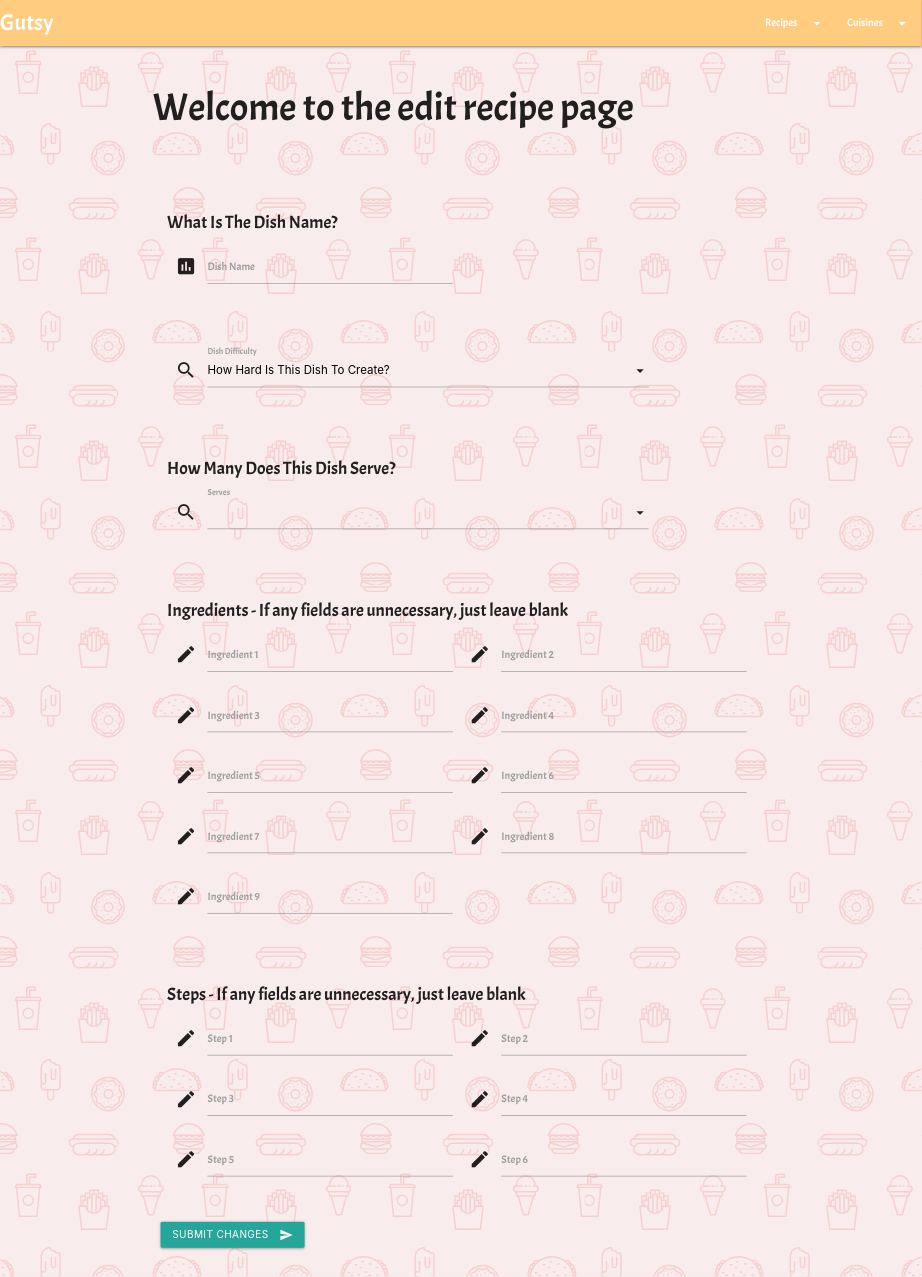
Repository: connor-blackburn/gutsy
Page: templates/edit_recipe.html
The author's editor kept a record of every edit. The page is drawn from the files as they stood at one moment, then again after the next edit.
The browser window is 1280 px wide. The pictures show the whole page, at 72% of full size.
The page is served by the project's application, run on Flask 3 (app.py). The template is opened directly, without the code that normally fills it, so the values that code supplies are empty.

Above is the page before.

### templates/edit_recipe.html
{% extends 'base.html' %} {% block content %}

<div class="container">
    <div class="row">
        <h2>Welcome to the edit recipe page</h2>
    </div>

    <div class="row">
        <form action="{{ url_for('update_recipe', recipe_id=recipe._id) }}" method="POST" class="col s12 container">

            <!-- Text Box With Dynamically Loaded Content To Be Edited -->
            <div class="row">
                <h5>What Is The Dish Name?</h5>
                <div class="input-field col s6">
                    <i class="material-icons prefix">poll</i>
                    <input id="recipes" name="dish_name" type="text" class="validate" value="{{recipe.dish_name}}">
                    <label for="dish_name">Dish Name</label>
                </div>
            </div>

            <!--  -->
            <div class="row">
                <div class="input-field col s10">
                    <i class="material-icons prefix">search</i>
                    <select id="recipes" name="dish_difficulty">
                <option value="" disabled selected>How Hard Is This Dish To Create?</option>
                    <option>Easy</option>
                    <option>Medium</option>
                    <option>Hard</option>
            </select>
                    <label>Dish Difficulty</label>
                </div>
            </div>

            <!-- A Dropdown Menu Giving A User The Current Selection And All Options To Choose From Regarding How Many People This Dish Serves-->
            <div class="row">
                <h5>How Many Does This Dish Serve?</h5>
                <div class="input-field col s10">
                    <i class="material-icons prefix">search</i>
                    <select id="recipes" name="serves">
                <option value="{{recipe.serves}}" disabled selected>{{recipe.serves}}</option>
                    <option>1</option>
                    <option>2</option>
                    <option>3</option>
                    <option>4</option>
                    <option>5</option>
                    <option>6</option>
                    <option>7</option>
                    <option>8</option>
                    <option>9</option>
                    <option>10</option>

            </select>
                    <label>Serves</label>
                </div>
            </div>

            <!-- A series Of Input Fields Of Ingredients With Dynamically Loaded Content To Be Edited -->
            <div class="row">
                <h5>Ingredients - If any fields are unnecessary, just leave blank</h5>
                <div class="input-field col s6">
                    <i class="material-icons prefix">create</i>
                    <input id="icon_prefix" id="recipes" name="ingredient_1" type="text" value="{{recipe.ingredient_1}}" class="validate">
                    <label for="icon_prefix">Ingredient 1</label>
                </div>
                <div class="input-field col s6">
                    <i class="material-icons prefix">create</i>
                    <input id="icon_prefix" id="recipes" name="ingredient_2" type="text" value="{{recipe.ingredient_2}}" class="validate">
                    <label for="icon_prefix">Ingredient 2</label>
                </div>

                <div class="input-field col s6">
                    <i class="material-icons prefix">create</i>
                    <input id="icon_prefix" id="recipes" name="ingredient_3" type="text" value="{{recipe.ingredient_3}}" class="validate">
                    <label for="icon_prefix">Ingredient 3</label>
                </div>

                <div class="input-field col s6">
                    <i class="material-icons prefix">create</i>
                    <input id="icon_prefix" id="recipes" name="ingredient_4" type="text" value="{{recipe.ingredient_4}}" class="validate">
                    <label for="icon_prefix">Ingredient 4</label>
                </div>

                <div class="input-field col s6">
                    <i class="material-icons prefix">create</i>
                    <input id="icon_prefix" id="recipes" name="ingredient_5" type="text" value="{{recipe.ingredient_5}}" class="validate">
                    <label for="icon_prefix">Ingredient 5</label>
                </div>

                <div class="input-field col s6">
                    <i class="material-icons prefix">create</i>
                    <input id="icon_prefix" id="recipes" name="ingredient_6" type="text" value="{{recipe.ingredient_6}}" class="validate">
                    <label for="icon_prefix">Ingredient 6</label>
                </div>

                <div class="input-field col s6">
                    <i class="material-icons prefix">create</i>
                    <input id="icon_prefix" id="recipes" name="ingredient_7" type="text" value="{{recipe.ingredient_7}}" class="validate">
                    <label for="icon_prefix">Ingredient 7</label>
                </div>

                <div class="input-field col s6">
                    <i class="material-icons prefix">create</i>
                    <input id="icon_prefix" id="recipes" name="ingredient_8" type="text" value="{{recipe.ingredient_8}}" class="validate">
                    <label for="icon_prefix">Ingredient 8</label>
                </div>

                <div class="input-field col s6">
                    <i class="material-icons prefix">create</i>
                    <input id="icon_prefix" id="recipes" name="ingredient_9" type="text" value="{{recipe.ingredient_9}}" class="validate">
                    <label for="icon_prefix">Ingredient 9</label>
                </div>
            </div>

            <!-- A series Of Input Fields Of Steps With Dynamically Loaded Content To Be Edited -->
            <div class="row">
                <h5>Steps - If any fields are unnecessary, just leave blank </h5>
                <div class="input-field col s6">
                    <i class="material-icons prefix">create</i>
                    <input id="icon_prefix" id="recipes" name="step_1" value="{{recipe.step_1}}" type="text" class="validate">
                    <label for="icon_prefix">Step 1</label>
                </div>
                <div class="input-field col s6">
                    <i class="material-icons prefix">create</i>
                    <input id="icon_prefix" id="recipes" name="step_2" type="text" value="{{recipe.step_2}}" class="validate">
                    <label for="icon_prefix">Step 2</label>
                </div>
                <div class="input-field col s6">
                    <i class="material-icons prefix">create</i>
                    <input id="icon_prefix" id="recipes" name="step_3" type="text" value="{{recipe.step_3}}" class="validate">
                    <label for="icon_prefix">Step 3</label>
                </div>
                <div class="input-field col s6">
                    <i class="material-icons prefix">create</i>
                    <input id="icon_prefix" id="recipes" name="step_4" type="text" value="{{recipe.step_4}}" class="validate">
                    <label for="icon_prefix">Step 4</label>
                </div>
                <div class="input-field col s6">
                    <i class="material-icons prefix">create</i>
                    <input id="icon_prefix" id="recipes" name="step_5" type="text" value="{{recipe.step_5}}" class="validate">
                    <label for="icon_prefix">Step 5</label>
                </div>
                <div class="input-field col s6">
                    <i class="material-icons prefix">create</i>
                    <input id="icon_prefix" id="recipes" name="step_6" type="text" value="{{recipe.step_6}}" class="validate">
                    <label for="icon_prefix">Step 6</label>
                </div>
            </div>


            <button class="btn waves-effect waves-light" type="submit" name="action">Submit Changes
                <i class="material-icons right">send</i>
            </button>

        </form>
    </div>
</div>

{% endblock %}

### templates/base.html
<!DOCTYPE html>
<html>

<head>
    <meta charset="UTF-8">
    <meta name="viewport" content="width=device-width, initial-scale=1.0">
    <meta http-equiv="X-UA-Compatible" content="ie=edge">
    <link href="https://fonts.googleapis.com/icon?family=Material+Icons" rel="stylesheet">
    <link rel="stylesheet" href="https://cdnjs.cloudflare.com/ajax/libs/materialize/1.0.0/css/materialize.min.css">
    <link href="https://fonts.googleapis.com/css?family=Acme&display=swap" rel="stylesheet">
    <link rel="stylesheet" href="{{ url_for('static', filename='css/style.css') }}" type="text/css" />
</head>

<body>
    <header>
        <ul id="dropdown1" class="dropdown-content">
            <li><a href="{{url_for('get_recipes_step_one')}}">Edit Recipes</a></li>
            <li class="divider"></li>
            <li><a href="#!">Create Recipes</a></li>
        </ul>
        <ul id="dropdown2" class="dropdown-content">
            <li><a href="{{url_for('edit_cuisine_homepage')}}">Edit Cuisines</a></li>
            <li class="divider"></li>
            <li><a href="{{url_for('create_cuisine')}}">Create Cuisines</a></li>
        </ul>
        <ul id="dropdown3" class="dropdown-content">
            <li><a href="{{url_for('get_recipes_step_one')}}">Edit Recipes</a></li>
            <li class="divider"></li>
            <li><a href="#!">Create Recipes</a></li>
        </ul>
        <ul id="dropdown4" class="dropdown-content">
            <li><a href="{{url_for('edit_cuisine_homepage')}}">Edit Cuisines</a></li>
            <li class="divider"></li>
            <li><a href="{{url_for('create_cuisine')}}">Create Cuisines</a></li>
        </ul>
        <nav>
            <div class="nav-wrapper orange lighten-3">
                <a href="{{ url_for('home') }}" class="brand-logo">Gutsy</a>
                <a href="#" data-target="mobile-demo" class="sidenav-trigger"><i class="material-icons">menu</i></a>
                <ul class="right hide-on-med-and-down">
                    <li><a class="dropdown-trigger" href="#!" data-target="dropdown1">Recipes<i class="material-icons right">arrow_drop_down</i></a></li>
                    <li><a class="dropdown-trigger" href="#!" data-target="dropdown2">Cuisines<i class="material-icons right">arrow_drop_down</i></a></li>
                </ul>
            </div>
        </nav>

        <ul class="sidenav" id="mobile-demo">
            <li><a class="dropdown-trigger" href="#!" data-target="dropdown3">Recipes<i class="material-icons right">arrow_drop_down</i></a></li>
            <li><a class="dropdown-trigger" href="#!" data-target="dropdown4">Cuisines<i class="material-icons right">arrow_drop_down</i></a></li>
        </ul>
    </header>
    {% block content %} {% endblock %}

    <script type="text/javascript" src="https://cdnjs.cloudflare.com/ajax/libs/jquery/3.4.1/jquery.min.js"></script>
    <script src="https://cdnjs.cloudflare.com/ajax/libs/materialize/1.0.0/js/materialize.min.js"></script>
    <script type="text/javascript">
        $(document).ready(function() {
            $('.dropdown-trigger').dropdown();
            $('.collapsible').collapsible();
            $('.sidenav').sidenav();
            $('select').formSelect();
           // $('body').css('display', 'none');
            //$('body').fadeIn(1800);
        });
    </script>


</body>

</html>

### app.py
import os
from flask import Flask, render_template, redirect, request, url_for
from flask_pymongo import PyMongo
from bson.objectid import ObjectId

app = Flask(__name__)

app.config["MONGO_DBNAME"] = 'cookbook'
app.config["MONGO_URI"] = os.environ.get('MONGO_URI')

mongo = PyMongo(app)

# Home Page - Index
@app.route('/')
@app.route('/home')
def home():
    return render_template('index.html',
    cuisines=mongo.db.cuisines.find())

# Create Cuisine Page - Short Form
@app.route('/create_cuisine')
def create_cuisine():
    return render_template('create_cuisine.html',
    cuisines=mongo.db.cuisines.find())

# Inserts New Cuisine To Site & Redirects Back To Cuisine Homepage
@app.route('/insert_cuisine', methods=['POST'])
def insert_cuisine():
    cuisines = mongo.db.cuisines
    cuisines.insert_one(request.form.to_dict())
    return redirect(url_for('edit_cuisine_homepage'))

# Edit Cuisine Homepage - Shows Collection For User Choice
@app.route('/edit_cuisine_homepage')
def edit_cuisine_homepage():
    return render_template('edit_cuisine_homepage.html',
    cuisines=mongo.db.cuisines.find())

# Edit Cuisine Page, Cuisine Title Altered Here
@app.route('/edit_cuisine/<cuisine_id>')
def edit_cuisine(cuisine_id):
    return render_template('edit_cuisine.html',
    cuisines=mongo.db.cuisines.find_one({'_id': ObjectId(cuisine_id)}))

# Confirms Cuisine Change & Redirects Back To Cuisine Homepage
@app.route('/update_cuisine/<cuisine_id>', methods=['POST'])
def update_cuisine(cuisine_id):
    mongo.db.cuisines.update(
        {'_id': ObjectId(cuisine_id)},
        {'cuisine_name': request.form.get('cuisine_name')})
    return redirect(url_for('edit_cuisine_homepage'))

# Confirms Cuisine Deletion & Redirects Back To Cuisine Homepage
@app.route('/delete_cuisine/<cuisine_id>')
def delete_cuisine(cuisine_id):
    mongo.db.cuisines.remove({'_id': ObjectId(cuisine_id)}),
    return redirect(url_for('edit_cuisine_homepage'))

# Displays Correct Recipe In Relation To Cuisine Chosen
@app.route('/recipe_display/<cuisine_id>')
def recipe_display(cuisine_id):
    return render_template('recipe_display.html',
    recipes=mongo.db.recipes.find(),
    cuisines=mongo.db.cuisines.find_one({'_id': ObjectId(cuisine_id)}))

# Displays Cuisines So Users Can Narrow Recipe Search Efficiently
@app.route('/get_recipes_step_one')
def get_recipes_step_one():
    return render_template('get_recipes_step_one.html',
    cuisines=mongo.db.cuisines.find())

# Displays Recipes With Edit & Delete Buttons For User
@app.route('/get_recipes_step_two/<cuisine_id>')
def get_recipes_step_two(cuisine_id):
    return render_template('get_recipes_step_two.html',
    recipes=mongo.db.recipes.find(),
    cuisines=mongo.db.cuisines.find_one({'_id': ObjectId(cuisine_id)}))

# Confirms Cuisine Deletion & Redirects Back To Recipe Step One
@app.route('/delete_recipe/<recipe_id>')
def delete_recipe(recipe_id):
    mongo.db.recipes.remove({'_id': ObjectId(recipe_id)}),
    return redirect(url_for('get_recipes_step_one'))

#SPACE FOR RECIPE EDIT

# Allows User To Fill Form Creating New Recipe
@app.route('/create_recipe')
def create_recipe():
    return render_template('create_recipe.html',
    recipes=mongo.db.recipes.find(),
    cuisines=mongo.db.cuisines.find())

# This Allows The Form To Update Theh Database
@app.route('/insert_recipe', methods=['POST'])
def insert_recipe():
    recipes = mongo.db.recipes
    recipes.insert_one(request.form.to_dict())
    return redirect(url_for('create_recipe'))

# This Offers A User A Form With Dynamically Loaded Content To Edit
@app.route('/edit_recipe/<recipe_id>')
def edit_recipe(recipe_id):
    recipes = mongo.db.recipes.find_one({"_id": ObjectId(recipe_id)})
    cuisine = mongo.db.cuisines.find()
    return render_template('edit_recipe.html', recipe=recipes,
    cuisines=cuisine)

# Confirms Recipe Change & Redirects Back To Get Recipe Step Two
@app.route('/update_recipe/<recipe_id>', methods=['POST'])
def update_recipe(recipe_id):
    mongo.db.recipes.update(
        {'_id': ObjectId(recipe_id)},
        {'dish_name': request.form.get('dish_name')})
    return redirect(url_for('get_recipes_step_two'))

if __name__ == '__main__':
    app.run(host=os.environ.get('IP'),
        port=int(os.environ.get('PORT')),
        debug=True)

### static/css/style.css
body {
    margin: 0;
    padding: 0;
    font-family: 'Acme', sans-serif;
    background-color: #f9ecec;
    background-image: url("data:[embedded picture, 9922 characters]");

}

.heading {
    height: 80vh;
}


.container .heading h1 {
    text-align: center;
    font-size: 9em;
}

.container .heading h5 {
    font-size: 2em;
    text-align: center;
}

.cuisine_selection {
    text-align: center;
}

.cuisine_selection h1{
    font-size: 5em;
}
.hero_image {
    margin: 0;
    z-index: -1;
    text-align: center;
}

.row {
    padding: 20px;
}

After the next edit:
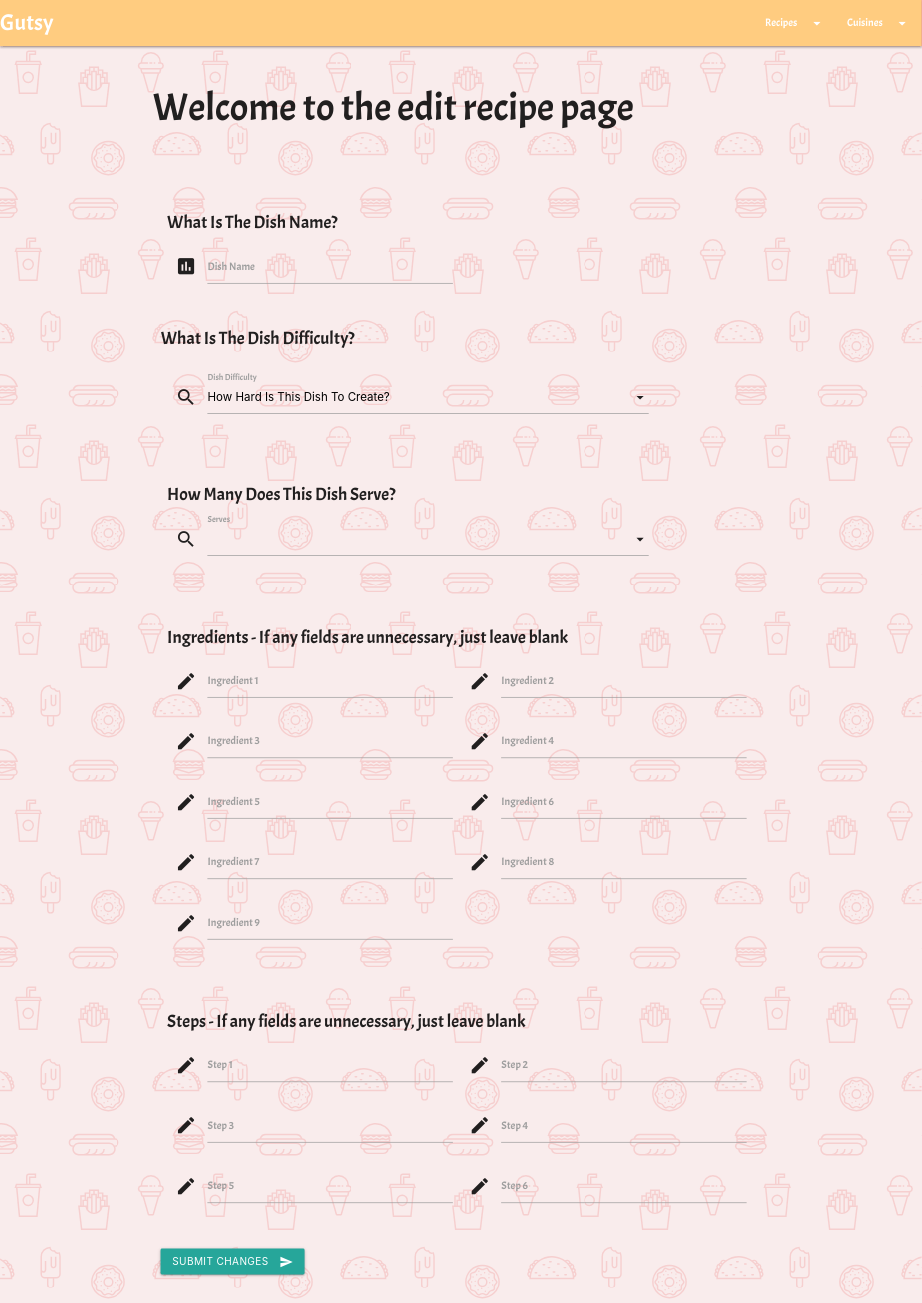
The edit:
--- a/templates/edit_recipe.html
+++ b/templates/edit_recipe.html
@@ -18,7 +18,8 @@
                 </div>
             </div>
 
-            <!--  -->
+            <!-- A Dropdown Menu Giving A User The Current Selection And All Options To Choose From Regarding Dish Difficulty -->
+            <h5>What Is The Dish Difficulty?</h5>
             <div class="row">
                 <div class="input-field col s10">
                     <i class="material-icons prefix">search</i>
